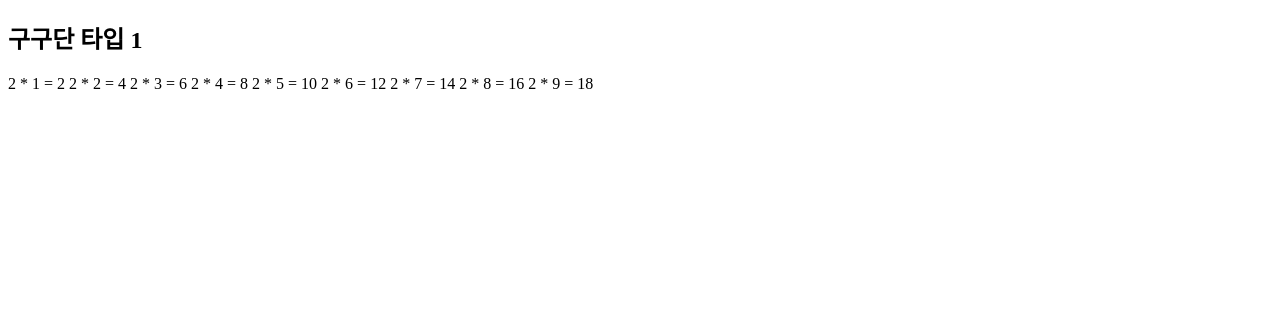
Repository: Byeonghee-son/DB-Servlet
Page: http://localhost/ServletStudy/gugudan1.jsp
These files come from the project's save history. The page is drawn as it stood at one moment and after the next save; the edit follows.
The browser window is 1280 px wide. The pictures show the whole page.
The page is served by Tomcat 9.

Above is the page before, as saved 2023-05-17 00:40:16.

After the next save:
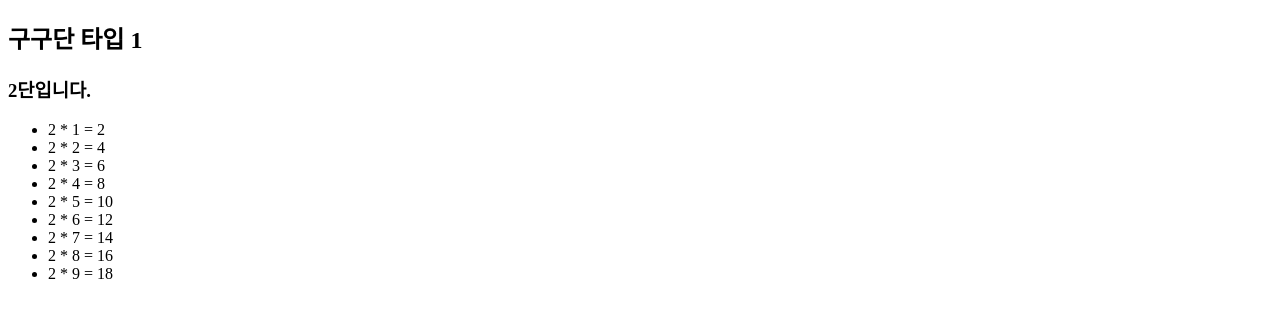
Saved 8 min 16 s later.
--- a/ServletStudy/src/main/webapp/gugudan1.jsp
+++ b/ServletStudy/src/main/webapp/gugudan1.jsp
@@ -22,11 +22,21 @@
 <body>
 	<h2>구구단 타입 1</h2>
 	<%
-	for(int i = 1; i < 10; i++){
-	System.out.println(num + " * " + i + " = " + num * i);
-	out.println(num + " * " + i + " = " + num * i);
-	out.println();
-	}
-	%>
+	if (type.equals("table")){ %>
+	<table border="1" stlye="width:200px; text=align:center;">
+	<tr><td><%= num %>단입니다</td></tr>
+	<%for(int i = 1; i < 10; i++){ %>
+	<tr><td><%= num %> * <%= i %> = <%= num * i %></td></tr>
+	<%} %>
+	</table>
+	<%}else { %>
+		<h3><%=num %>단입니다.</h3>
+		<ul>
+		<% for(int i = 1; i <= 9; i++){ %>
+			<li><%= num %> * <%= i %> = <%= num * i %></li>
+		<% } %>
+		</ul>
+	<% } %>
+
 </body>
 </html>
